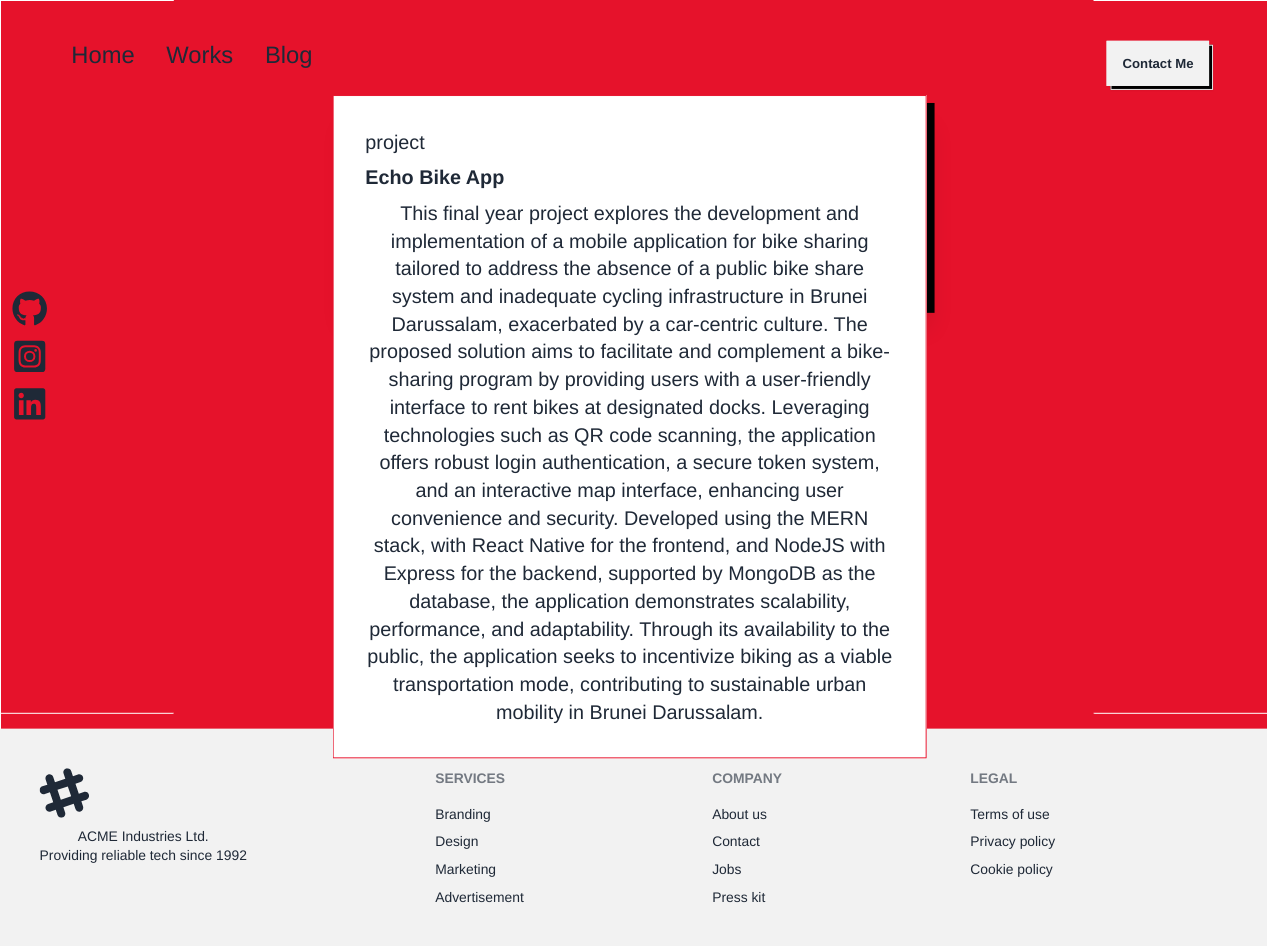
Repository: Ech026/echo-portfolio
Page: /echo-portfolio/my-work/echo-bike-app
These files come from the project's save history. The page is drawn as it stood at one moment and after the next save; the edit follows.
The browser window is 1280 px wide. The pictures show the whole page, at 99% of full size.
Backgrounds fixed to the window are drawn as part of the page. The project was rebuilt for these pictures with package versions that can differ from the ones it lists, and the page was loaded fresh each time. Also part of the build but not shown: vite.config.js, src/components/hero.jsx, src/components/main.jsx, src/components/project.jsx, src/components/works.jsx.

Above is the page before, as saved 2024-10-14 19:42:31.

### index.html
<!doctype html>
<html lang="en" data-theme="light">
  <head>
    <meta charset="UTF-8" />
    <link rel="icon" type="image/svg+xml" href="/vite.svg" />
    <meta name="viewport" content="width=device-width, initial-scale=1.0" />
    <title>Aqil Aizuddin | Portfolio</title>
  </head>
  <body>
    <div id="root"></div>
    <script type="module" src="/src/main.jsx"></script>
  </body>
</html>

### src/main.jsx
import React from 'react'
import ReactDOM from 'react-dom/client'
import App from './App.jsx'
import './index.css'
import { BrowserRouter } from "react-router-dom";


ReactDOM.createRoot(document.getElementById('root')).render(
  <React.StrictMode>
    <BrowserRouter>
      <App />
    </BrowserRouter>
  </React.StrictMode>,
)

### src/App.jsx
import { useState } from 'react'
import reactLogo from './assets/react.svg'
import viteLogo from '/vite.svg'
import './App.css'

import { Route, Routes, useNavigate } from 'react-router-dom'


//component imports
import Main from './components/main'
import Works from './components/works'
import Blog from './components/works'
import Finalyearproj from './components/finalyearproj'


function App() {
  const [count, setCount] = useState(0)

  return (
    <>
      <Routes>
      <Route path="/echo-portfolio/" element= {
          <>
            <div className='bg bg-fixed w-screen '>
              <Main />
            </div>
          </>
        }
      />
      <Route path="/echo-portfolio/my-work" element= {
          <>
            <div className='bg bg-fixed w-screen '>
              <Works />
            </div>
          </>
        }
      />

      <Route path="/echo-portfolio/my-blog" element= {
          <>
            <div className='bg bg-fixed w-screen '>
              <Blog />
            </div>
          </>
        }
      />

      <Route path="/echo-portfolio/my-work/echo-bike-app" element= {
          <>
            <div className='bg bg-fixed w-screen '>
              <Finalyearproj />
            </div>
          </>
        }
      />

      </Routes>

    </>
  )
}

export default App

### src/App.css
#root {
  max-width: 100%;
  margin: 0 auto;
  text-align: center;
}

body{
  overflow-x: hidden;
  max-width: 100%;
}


.bg{
  background: radial-gradient(circle, transparent 20%, #e6122b 20%, #e6122b 80%, transparent 80%, transparent) 0% 0% / 172px 172px, radial-gradient(circle, transparent 20%, #e6122b 20%, #e6122b 80%, transparent 80%, transparent) 86px 86px / 172px 172px, linear-gradient(#ffffff 1.5px, transparent 1.5px) 0px -0.75px / 86px 86px, linear-gradient(90deg, #ffffff 1.5px, #e6122b 1.5px) -0.75px 0px / 86px 86px #e6122b;
  background-size: 172px 172px, 172px 172px, 86px 86px, 86px 86px;
  background-color: #e6122b;
}

.bg-2{
  background-image: radial-gradient(#e6122b 2px, transparent 2px);
  background-size: 80px 80px;
  background-color: #ffffff;
}

### src/components/finalyearproj.jsx
import React from 'react'
import Sidebar from './sidebar'
import Nav from './nav'
import Footer from './footer'

const finalyearproj = () => {
  return (
    <>
    <Sidebar/>
    <Nav/>

    <div className='hidden md:block md:min-h-screen bg-fixed p-20'>
          <div className='flex justify-evenly'>


            <div className='flex flex-col justify-between'>
            <div className='mb-10'>
                <div className=" z-20 card w-[600px] bg-white border border-[#e6122b] rounded-none absolute">
                  <div className="card-body">
                    <h2 className="card-title font-light">project</h2>
                    <h2 className='card-title'>Echo Bike App</h2>
                    <p className='text-xl'>This final year project explores the development and implementation of a mobile application for bike sharing tailored to address the absence of a public bike share system and inadequate cycling infrastructure in Brunei Darussalam, exacerbated by a car-centric culture. The proposed solution aims to facilitate and complement a bike-sharing program by providing users with a user-friendly interface to rent bikes at designated docks. Leveraging technologies such as QR code scanning, the application offers robust login authentication, a secure token system, and an interactive map interface, enhancing user convenience and security. Developed using the MERN stack, with React Native for the frontend, and NodeJS with Express for the backend, supported by MongoDB as the database, the application demonstrates scalability, performance, and adaptability. Through its availability to the public, the application seeks to incentivize biking as a viable transportation mode, contributing to sustainable urban mobility in Brunei Darussalam.</p>



                  </div>
                </div>
                <div className=" mt-2 ml-2 card w-[600px] bg-[#000] shadow-xl rounded-none ">
                  <div className="card-body">
                  <h2 className="card-title">Education</h2>
                    <p className='text-left'>Jan - June 2023</p>
                    <p className='text-left'>Bachelor of Science (Hons) in Computing, Major in Software Development | Universiti Teknologi Brunei</p>
                    <p className='text-left'>Upper Second Class Honours</p>

                  </div>
                </div>
            </div>




            </div>
          </div>
        </div>
    <Footer/>
    </>
  )
}

export default finalyearproj

### src/components/sidebar.jsx
import React from 'react'
import { IconContext } from "react-icons";
import { FaGithub, FaInstagramSquare, FaLinkedin   } from "react-icons/fa";


const Sidebar = () => {
  return (
    <div className='z-10 fixed hidden md:flex flex-col justify-center h-screen'>
      <IconContext.Provider value={{ className: "m-3 text-4xl" }}>
        <div>
          <a href="#"><FaGithub /></a>
          <a href="#"><FaInstagramSquare /></a>
          <a href="https://www.linkedin.com/in/aqil-aizuddin-89616223b/" target='_blank'><FaLinkedin /></a>

        </div>
      </IconContext.Provider>
    </div>
  )
}

export default Sidebar

### src/components/nav.jsx
import React from 'react'
import { Link } from 'react-router-dom'

const Nav = () => {
  return (
    <>
      <div className='hidden md:flex justify-between w-screen text-2xl pt-10 absolute'>
          <div className='flex px-14'>
              <div className='px-4'><Link to={"/echo-portfolio/"}>Home</Link></div>
              <div className='px-4'><Link to={"/echo-portfolio/my-work"}>Works</Link></div>
              <div className='px-4'><Link to={"/echo-portfolio/my-blog"}>Blog</Link></div>

          </div>
          <div className='flex px-14 text-xl'>
              <button className='z-20 btn w-fit rounded-none'>Contact Me</button>
              <button className='btn w-fit rounded-none absolute mt-1 ml-1 bg-black'>Contact Me</button>


          </div>

      </div>
      <div className='flex justify-end p-2'>

      <details className="dropdown dropdown-end md:hidden absolute">
        <summary className="m-1 btn btn-circle swap swap-rotate float">
        {/* this hidden checkbox controls the state */}
        <input type="checkbox" />

        {/* hamburger icon */}
        <svg className="swap-off fill-current" xmlns="http://www.w3.org/2000/svg" width="32" height="32" viewBox="0 0 512 512"><path d="M64,384H448V341.33H64Zm0-106.67H448V234.67H64ZM64,128v42.67H448V128Z"/></svg>

        {/* close icon */}
        <svg className="swap-on fill-current" xmlns="http://www.w3.org/2000/svg" width="32" height="32" viewBox="0 0 512 512"><polygon points="400 145.49 366.51 112 256 222.51 145.49 112 112 145.49 222.51 256 112 366.51 145.49 400 256 289.49 366.51 400 400 366.51 289.49 256 400 145.49"/></svg></summary>

        <ul className="p-2 shadow menu dropdown-content z-[1] bg-base-100 rounded-box w-52">
          <li><a>Item 1</a></li>
          <li><a>Item 2</a></li>
        </ul>
      </details>

      </div>
    </>
  )
}

export default Nav

### src/components/footer.jsx
import React from 'react'

const Footer = () => {
  return (
    <footer className="footer p-10 bg-base-200 text-base-content">
        <aside>
            <svg width="50" height="50" viewBox="0 0 24 24" xmlns="http://www.w3.org/2000/svg" fillRule="evenodd" clipRule="evenodd" className="fill-current"><path d="M22.672 15.226l-2.432.811.841 2.515c.33 1.019-.209 2.127-1.23 2.456-1.15.325-2.148-.321-2.463-1.226l-.84-2.518-5.013 1.677.84 2.517c.391 1.203-.434 2.542-1.831 2.542-.88 0-1.601-.564-1.86-1.314l-.842-2.516-2.431.809c-1.135.328-2.145-.317-2.463-1.229-.329-1.018.211-2.127 1.231-2.456l2.432-.809-1.621-4.823-2.432.808c-1.355.384-2.558-.59-2.558-1.839 0-.817.509-1.582 1.327-1.846l2.433-.809-.842-2.515c-.33-1.02.211-2.129 1.232-2.458 1.02-.329 2.13.209 2.461 1.229l.842 2.515 5.011-1.677-.839-2.517c-.403-1.238.484-2.553 1.843-2.553.819 0 1.585.509 1.85 1.326l.841 2.517 2.431-.81c1.02-.33 2.131.211 2.461 1.229.332 1.018-.21 2.126-1.23 2.456l-2.433.809 1.622 4.823 2.433-.809c1.242-.401 2.557.484 2.557 1.838 0 .819-.51 1.583-1.328 1.847m-8.992-6.428l-5.01 1.675 1.619 4.828 5.011-1.674-1.62-4.829z"></path></svg>
            <p>ACME Industries Ltd.<br/>Providing reliable tech since 1992</p>
        </aside>
        <nav>
            <h6 className="footer-title">Services</h6>
            <a className="link link-hover">Branding</a>
            <a className="link link-hover">Design</a>
            <a className="link link-hover">Marketing</a>
            <a className="link link-hover">Advertisement</a>
        </nav>
        <nav>
            <h6 className="footer-title">Company</h6>
            <a className="link link-hover">About us</a>
            <a className="link link-hover">Contact</a>
            <a className="link link-hover">Jobs</a>
            <a className="link link-hover">Press kit</a>
        </nav>
        <nav>
            <h6 className="footer-title">Legal</h6>
            <a className="link link-hover">Terms of use</a>
            <a className="link link-hover">Privacy policy</a>
            <a className="link link-hover">Cookie policy</a>
        </nav>
    </footer>
  )
}

export default Footer

### tailwind.config.js
/** @type {import('tailwindcss').Config} */
export default {
  content: ["./index.html", "./src/**/*.{js,ts,jsx,tsx}"],
  theme: {
    fontFamily: {
      sans: ["Helvetica", "sans-serif"],
      serif: ["Merriweather", "serif"],
    },
    extend: {},
  },
  plugins: [require("daisyui")],
  daisyui: {
    themes: ["light", "dark", "cupcake"],
  },
};

Loaded but not shown: src/index.css (common file)

After the next save:
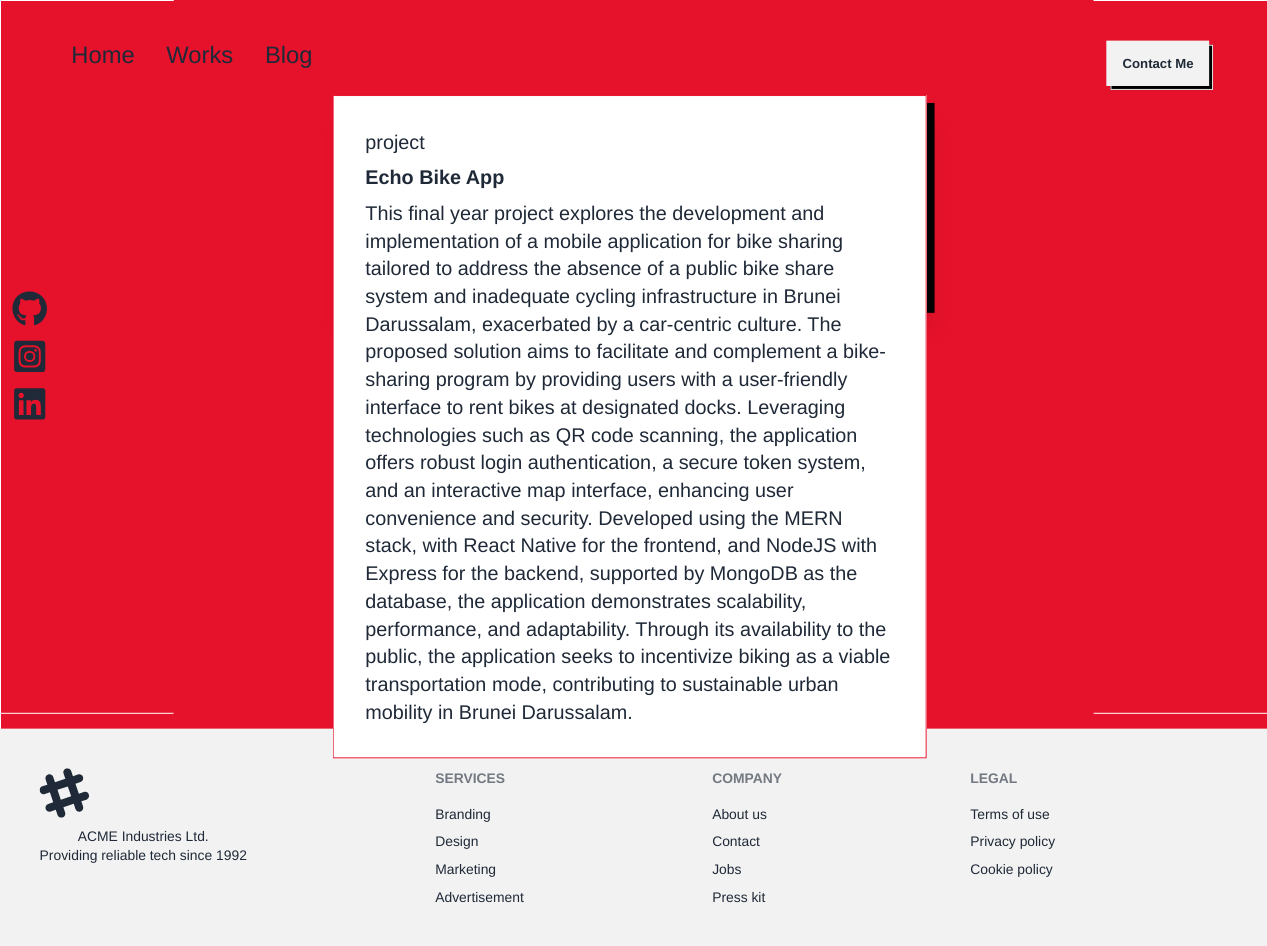
Saved 20 s later.
--- a/src/components/finalyearproj.jsx
+++ b/src/components/finalyearproj.jsx
@@ -10,7 +10,7 @@
     <Nav/>
 
     <div className='hidden md:block md:min-h-screen bg-fixed p-20'>
-          <div className='flex justify-evenly'>
+          <div className='flex justify-evenly text-left'>
 
 
             <div className='flex flex-col justify-between'>
